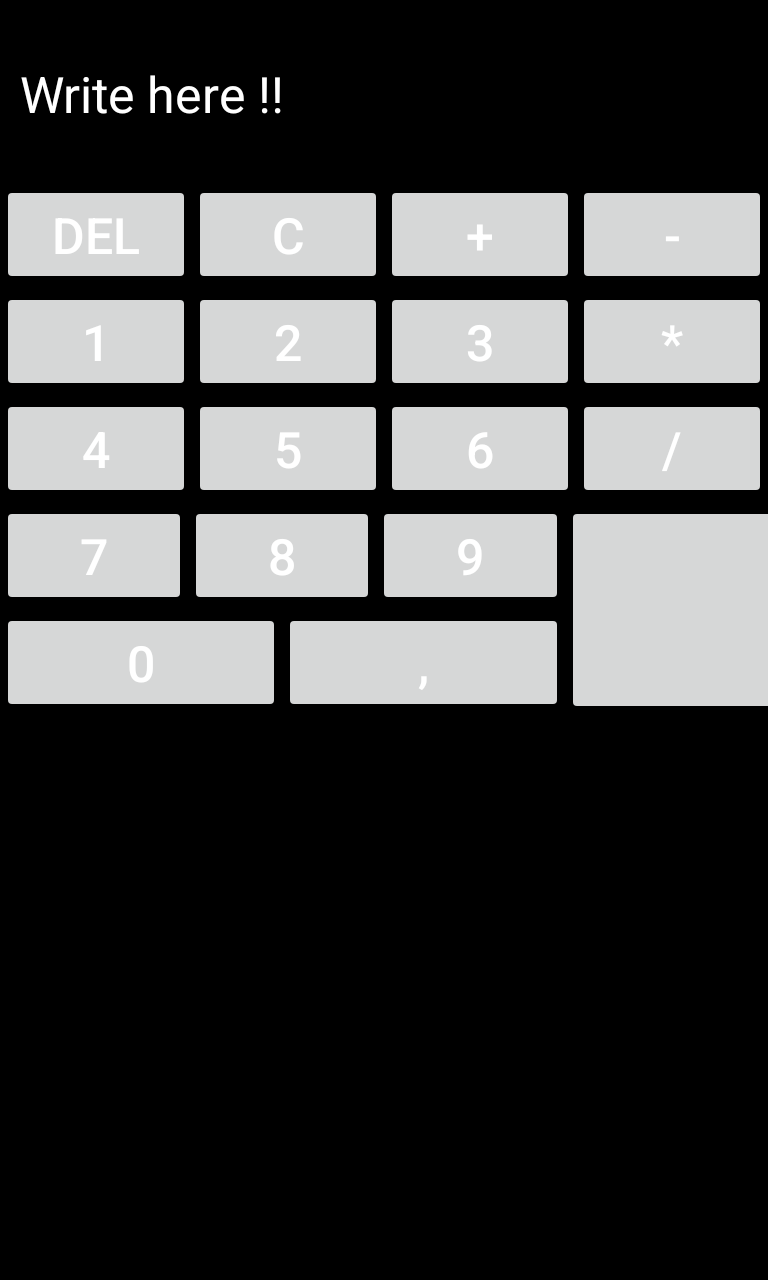
Repository: salihklc/Basic-Android
Layout: complexCalculator/res/layout/activity_main.xml
An editor plug-in stored every save of this project. The layout is shown before and after the next save, followed by the edit.
It is drawn on a 768 x 1280 px phone screen (xhdpi) without system bars, with theme AppTheme; the app's code is not run.

Above is the layout before, as saved 2014-10-10 14:01:10.

After the next save:
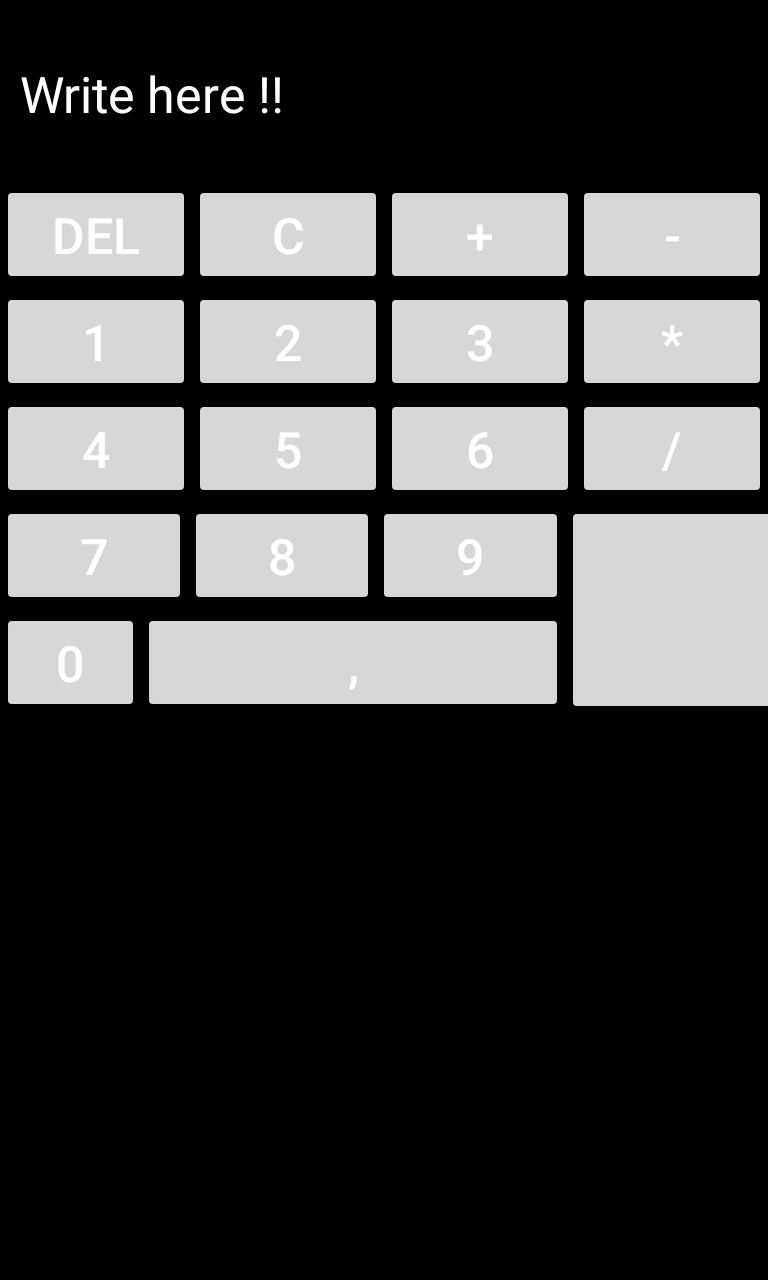
Saved 24 s later.
--- a/complexCalculator/res/layout/activity_main.xml
+++ b/complexCalculator/res/layout/activity_main.xml
@@ -196,7 +196,7 @@
 			<Button
 			    android1:id="@+id/zero"
 			    android1:layout_height="fill_parent"
-			    android1:layout_weight="50"
+			    android1:layout_weight="25"
 			    android1:text="@string/zero"
 			    android1:textColor="#fff"
 			    android1:textSize="25sp" />
@@ -205,7 +205,7 @@
 			    android1:id="@+id/dot"
 			    android1:layout_width="0dp"
 			    android1:layout_height="fill_parent"
-			    android1:layout_weight="50"
+			    android1:layout_weight="75"
 			    android1:text="@string/dot"
 			    android1:textColor="#fff"
 			    android1:textSize="25sp" />
